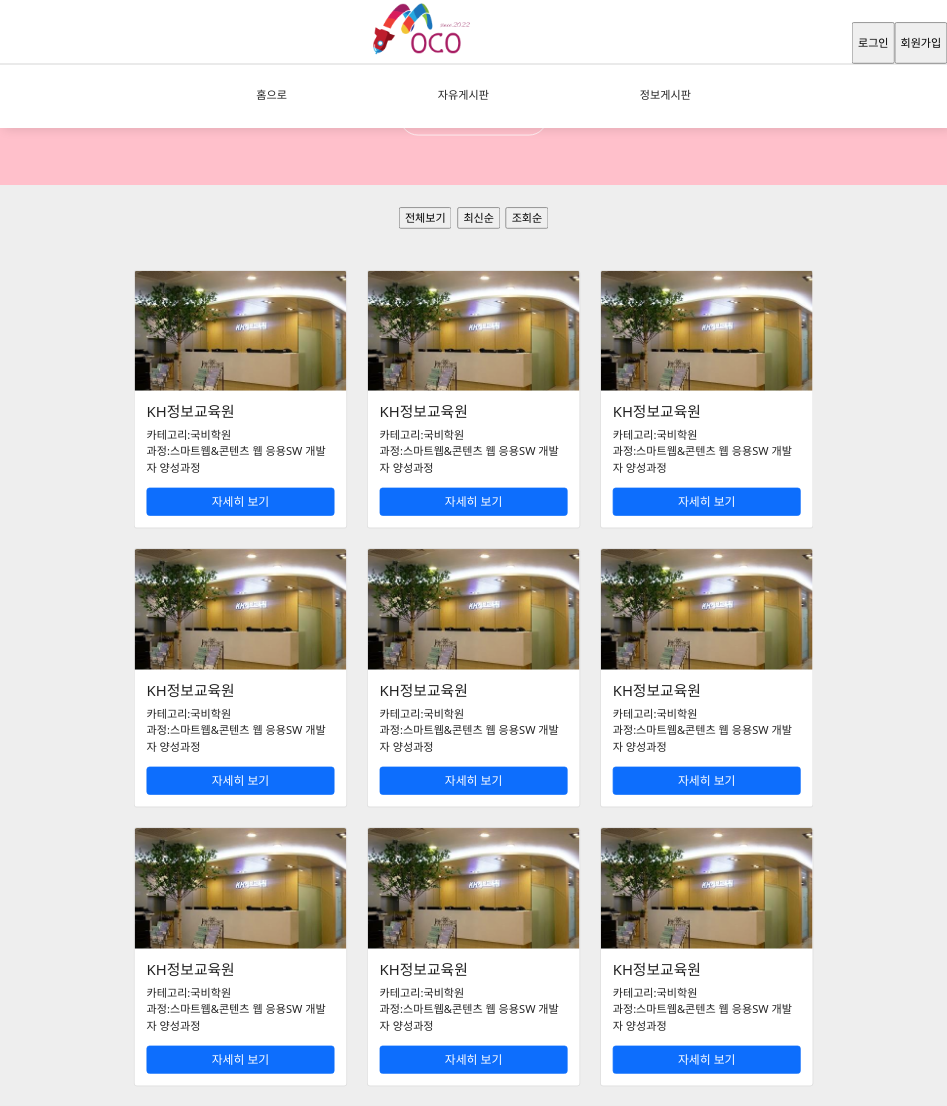
Repository: Pmyjava/mocosemi
Page: http://localhost/moco_SemiProject/WEB-INF/views/info/infoList.jsp
An editor plug-in stored every save of this project. The page is shown before and after the next save, followed by the edit.
The browser window is 1280 px wide. The pictures show the whole page, at 74% of full size.
The page is served by Tomcat 9. Nobody is signed in. The template is opened directly, without the code that normally fills it, so the values that code supplies are empty.

Above is the page before, as saved 2022-11-21 05:22:19.

After the next save:
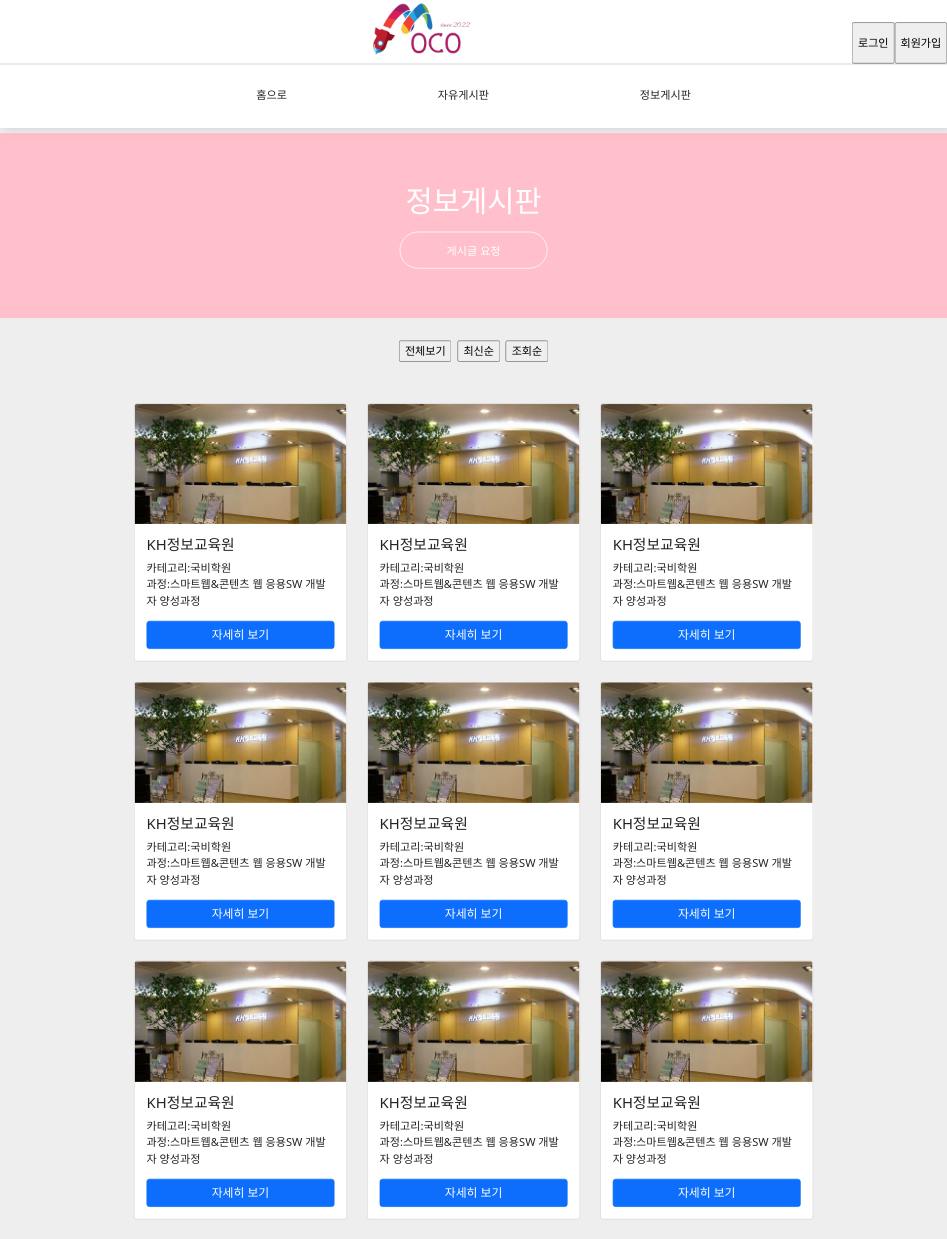
Saved 3 min 13 s later.
--- a/Semi_project2/moco_SemiProject/src/main/webapp/WEB-INF/views/info/infoList.jsp
+++ b/Semi_project2/moco_SemiProject/src/main/webapp/WEB-INF/views/info/infoList.jsp
@@ -86,6 +86,7 @@
 	<header>
     	<jsp:include page="/WEB-INF/views/main/nav.jsp"/>
     </header>
+    <br><br><br><br><br><br><br><br>
 	<div class='infomation'>
 		<h1>정보게시판</h1>
 		<button>게시글 요청</button>
